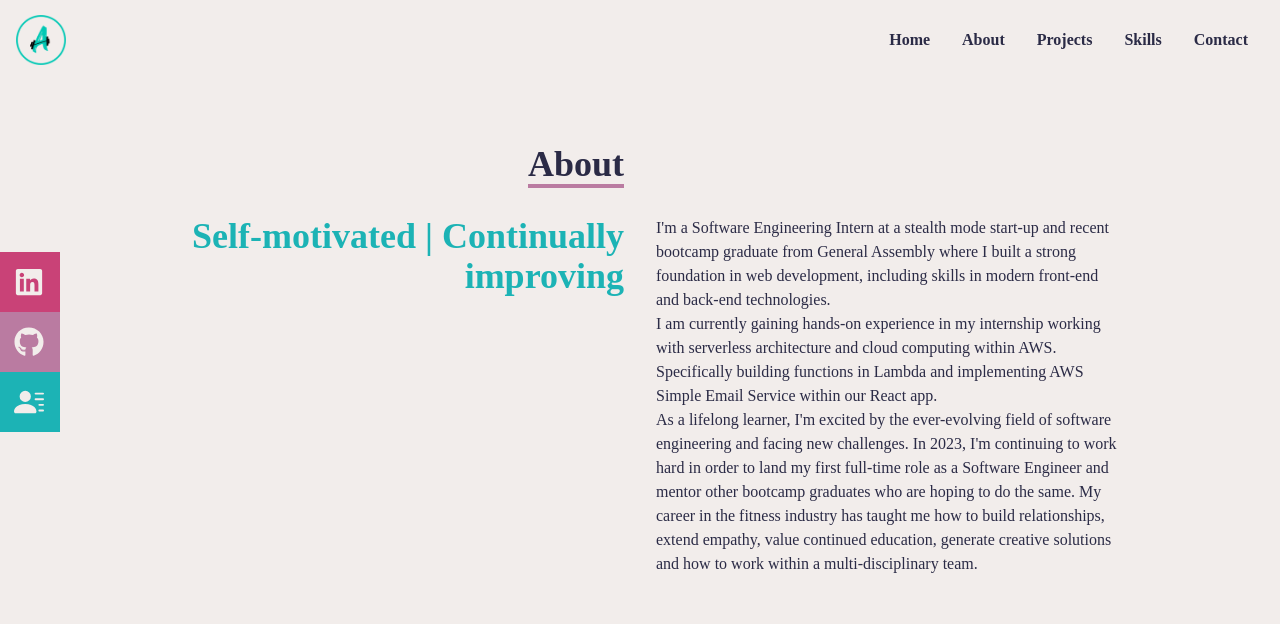
Repository: thecoachanna/Dev-Portfolio
Page: /about
These files come from the project's save history. The page is drawn as it stood at one moment and after a run of saves; the edit follows.
The browser window is 1280 px wide. The pictures show the whole page.
The project was rebuilt for these pictures with package versions that can differ from the ones it lists, and the page was loaded fresh each time. Also part of the build but not shown: src/components/Home.jsx, src/components/Projects.jsx, src/components/Skills.jsx, src/components/Contact.jsx.

Above is the page before, as saved 2023-01-31 09:04:37.

After the next 2 saves:
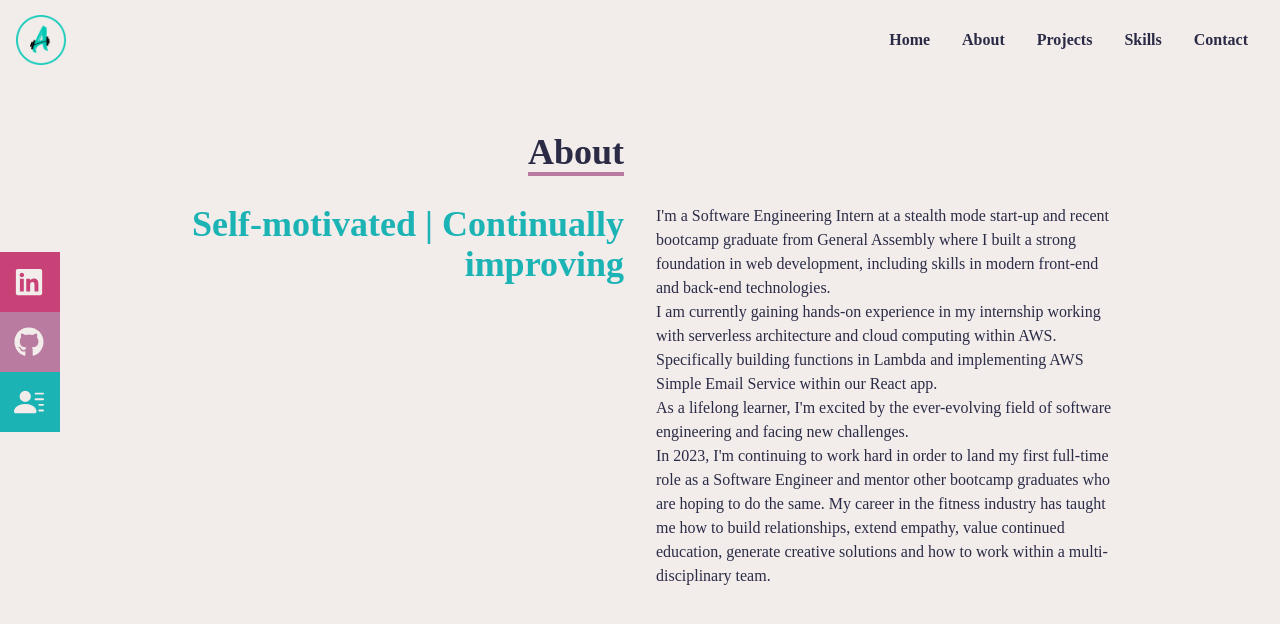
The 2 saves are shown as one change because 1 did not build or start.
The last was saved 9 s later.
--- a/src/components/About.jsx
+++ b/src/components/About.jsx
@@ -20,9 +20,9 @@ const About = () => {
               <p className='text-[#2b2b46]'>I'm a Software Engineering Intern at a stealth mode start-up and recent bootcamp graduate from General Assembly where I built a strong foundation in web development, including skills in modern front-end and back-end technologies. </p>
               <p>I am currently gaining hands-on experience in my internship working with serverless architecture and cloud computing within AWS. Specifically building functions in Lambda and implementing AWS Simple Email Service within our React app.</p>
 
-<p>As a lifelong learner, I'm excited by the ever-evolving field of software engineering and facing new challenges.
+<p>As a lifelong learner, I'm excited by the ever-evolving field of software engineering and facing new challenges.</p>
 
-In 2023, I'm continuing to work hard in order to land my first full-time role as a Software Engineer and mentor other bootcamp graduates who are hoping to do the same. My career in the fitness industry has taught me how to build relationships, extend empathy, value continued education, generate creative solutions and how to work within a multi-disciplinary team.
+<p>In 2023, I'm continuing to work hard in order to land my first full-time role as a Software Engineer and mentor other bootcamp graduates who are hoping to do the same. My career in the fitness industry has taught me how to build relationships, extend empathy, value continued education, generate creative solutions and how to work within a multi-disciplinary team.
 
               </p>
               </div>
